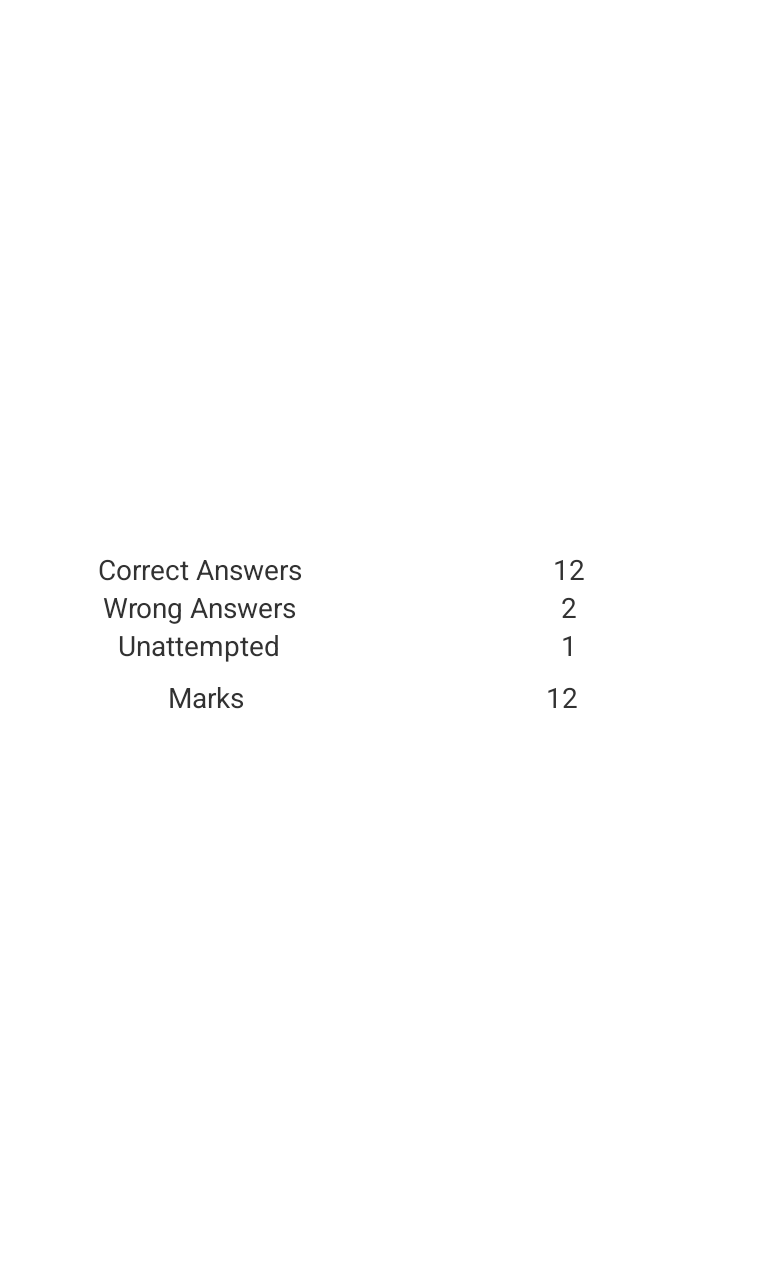
Repository: Harshil737/Career-Launcher
Layout: CareerLauncher/res/layout/activity_test_result_page.xml
An editor plug-in stored every save of this project. The layout is shown before and after the next save, followed by the edit.
It is drawn on a 768 x 1280 px phone screen (xhdpi) without system bars, with theme AppTheme; the app's code is not run.

Above is the layout before, as saved 2017-11-04 11:10:51.

After the next save:
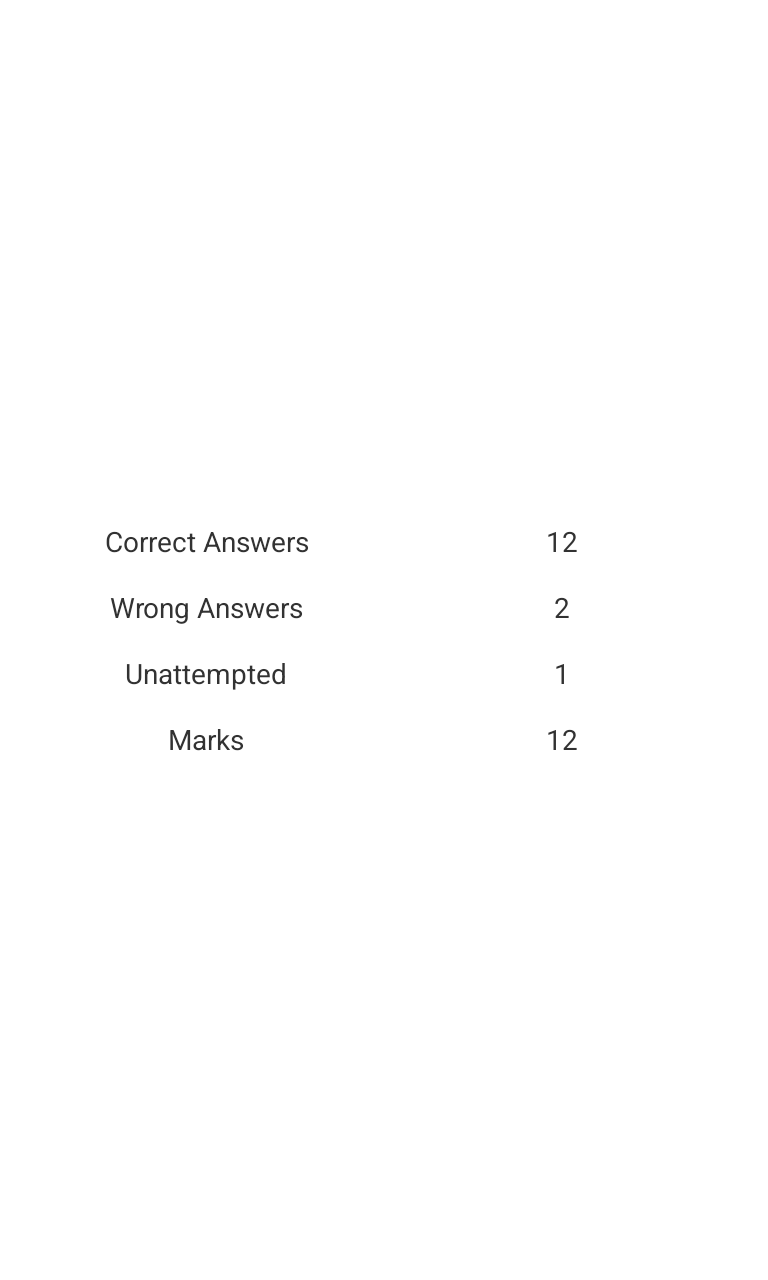
Saved 14 s later.
--- a/CareerLauncher/res/layout/activity_test_result_page.xml
+++ b/CareerLauncher/res/layout/activity_test_result_page.xml
@@ -18,6 +18,7 @@
         <LinearLayout
             android:layout_width="match_parent"
             android:layout_height="wrap_content"
+            android:layout_margin="7dp"
             android:orientation="horizontal" >
 
             <TextView
@@ -38,6 +39,7 @@
         <LinearLayout
             android:layout_width="match_parent"
             android:layout_height="wrap_content"
+            android:layout_margin="7dp"
             android:orientation="horizontal" >
 
             <TextView
@@ -58,6 +60,7 @@
         <LinearLayout
             android:layout_width="match_parent"
             android:layout_height="wrap_content"
+            android:layout_margin="7dp"
             android:orientation="horizontal" >
 
             <TextView
